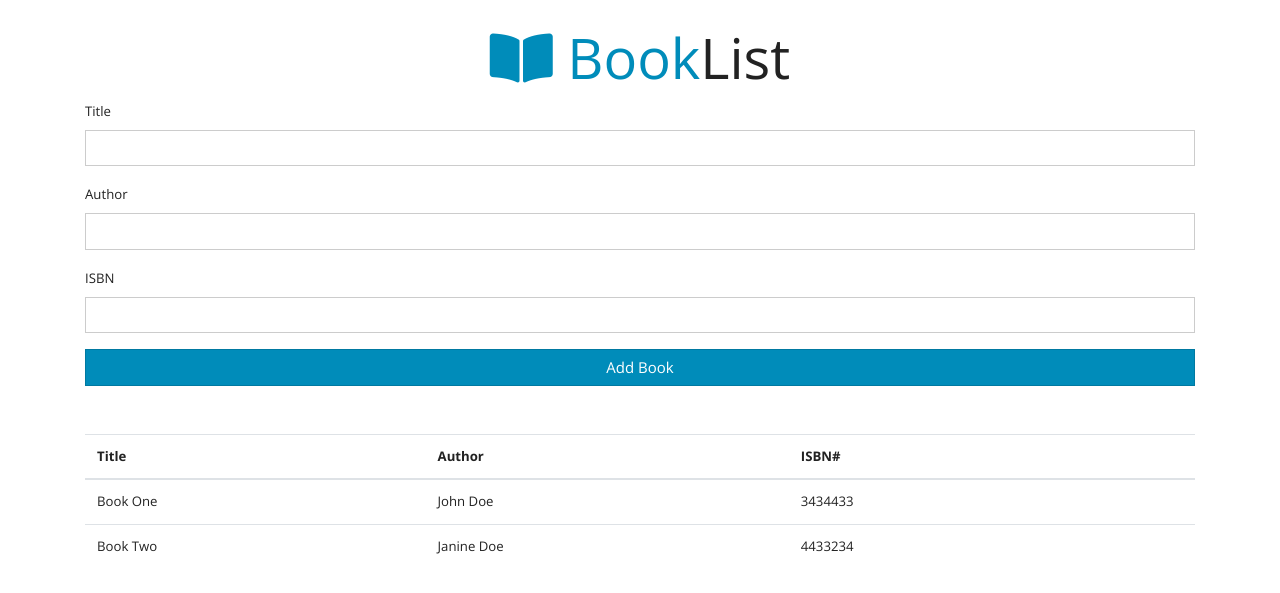
Repository: carrascomcesar/JSBOOKLIST
Page: index.html
These files come from the project's save history. The page is drawn as it stood at one moment and after the next save; the edit follows.
The browser window is 1280 px wide. The pictures show the whole page.
Some web libraries are served in a nearby version.

Above is the page before, as saved 2021-02-01 11:12:21.

After the next save:
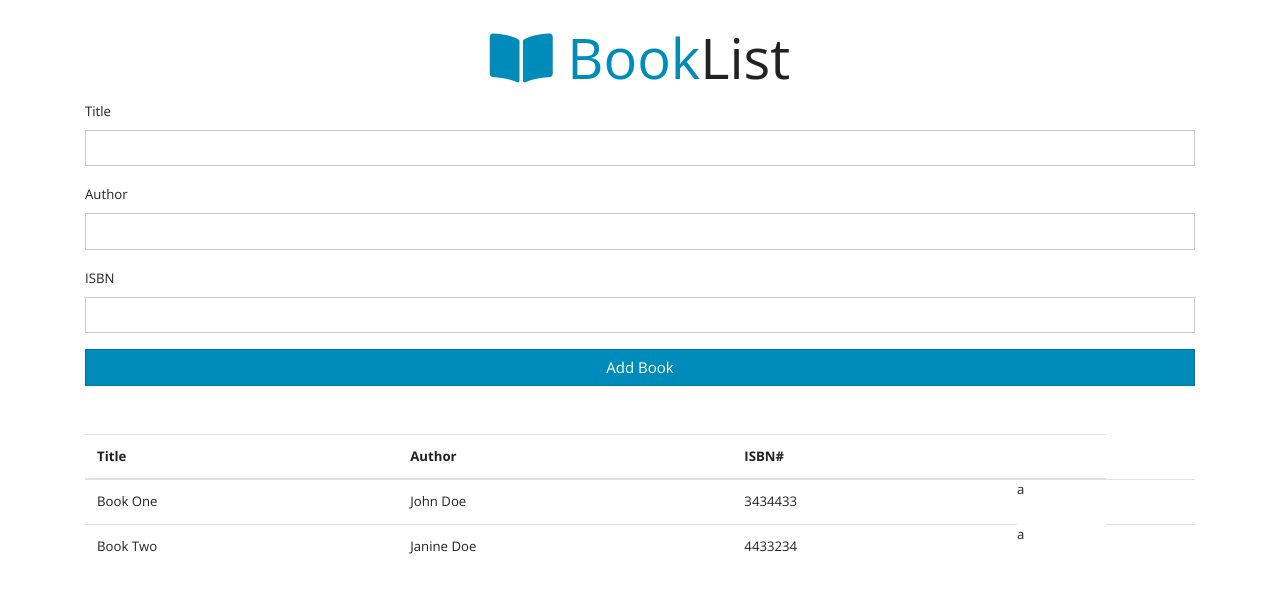
Saved 60 s later.
--- a/app.js
+++ b/app.js
@@ -35,6 +35,7 @@ class UI {
             <td>${book.title}</td>
             <td>${book.author}</td>
             <td>${book.isbn}</td>
+            a
             <td><a href="#" class="btn btn-danger btn-sm delete>X</a></td>
         `;
     list.appendChild(row);
